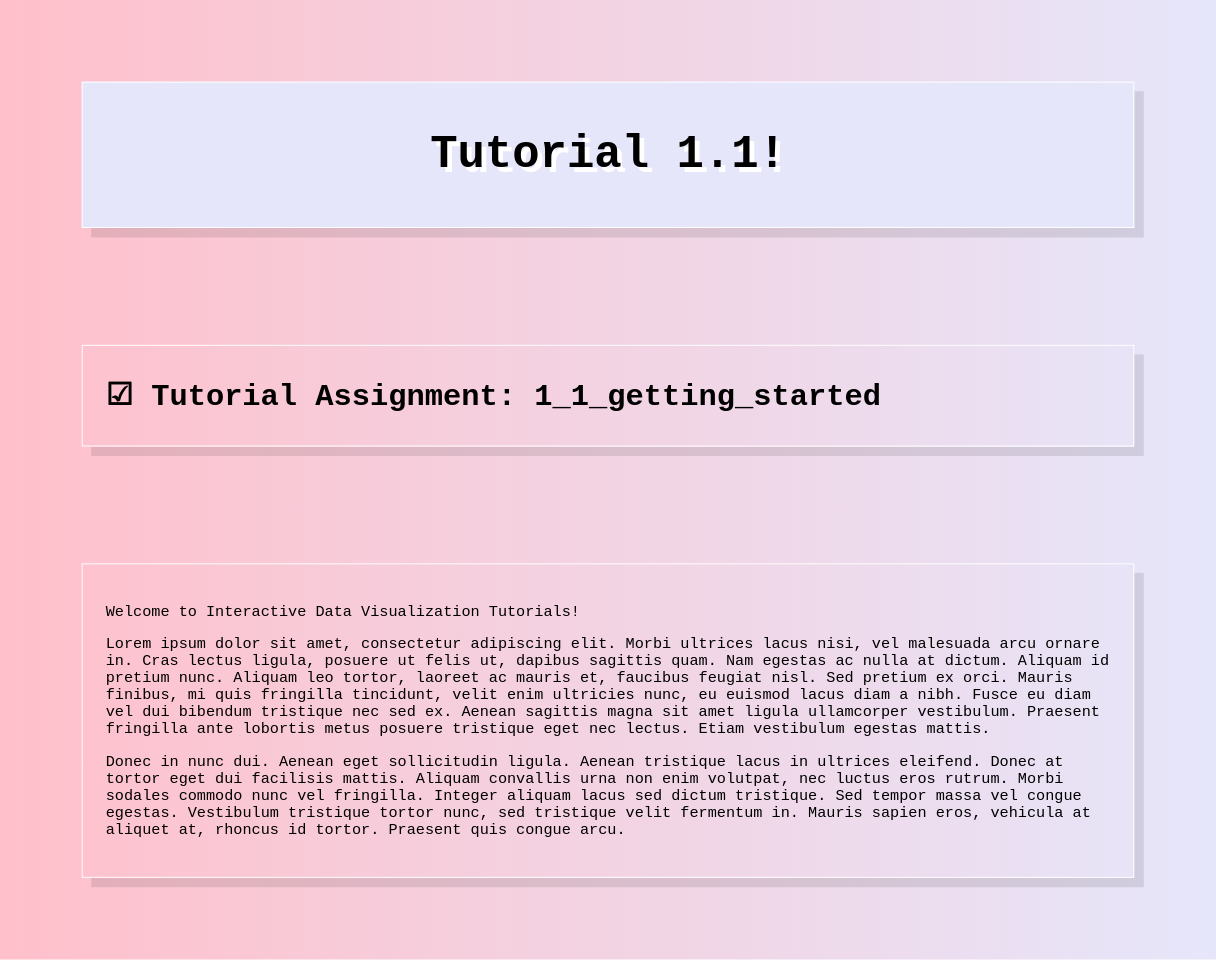
Repository: lisjak/Interactive-Data-Vis-Fall2022
Page: 1_1_getting_started/index.html
These files come from the project's save history. The page is drawn as it stood at one moment and after the next save; the edit follows.
The browser window is 1280 px wide. The pictures show the whole page, at 95% of full size.
The pointer rests on the first visible `div`.
Some web fonts or font styles are not loaded; a fallback is used.

Above is the page before, as saved 2022-09-04 22:05:16.

After the next save:
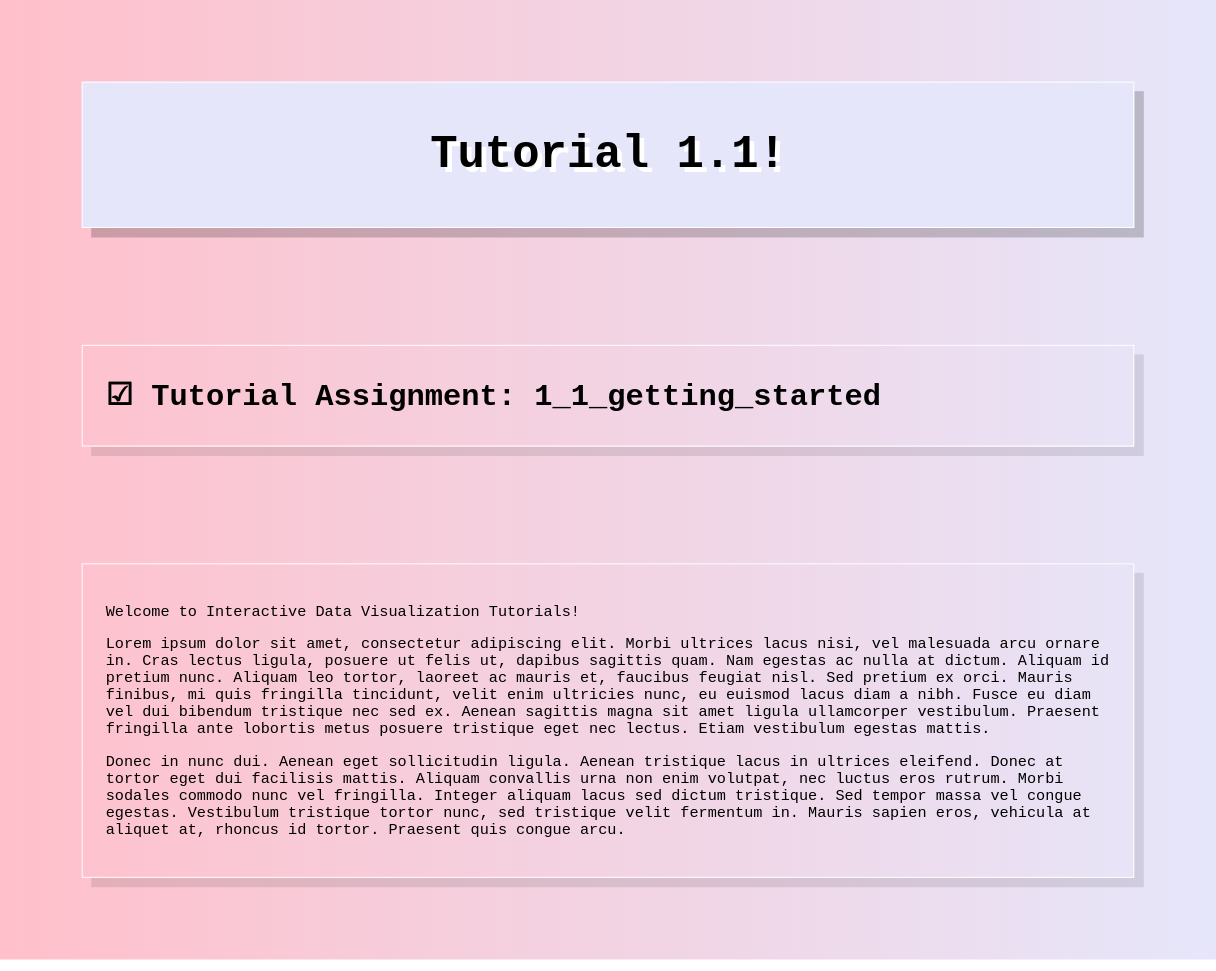
Saved 17 s later.
--- a/1_1_getting_started/style.css
+++ b/1_1_getting_started/style.css
@@ -23,6 +23,7 @@ div:hover {
     padding: 3%;
     /* opacity: 1; */
     transition: 0.5s;
+    box-shadow: 10px 10px 0px rgb(0 0 0 / 0.2);
 }
 
 div h1 {
